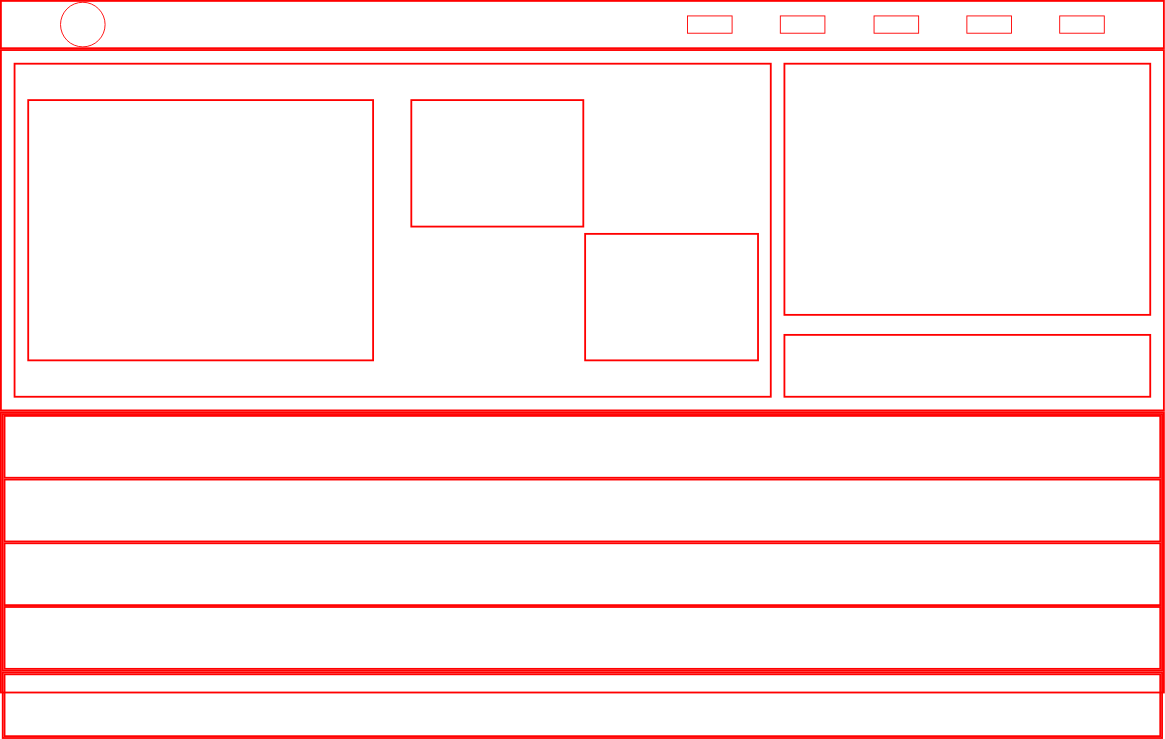
Repository: archangel88/elbrus_homework
Page: phase-0/week-3/day-4/flexbox/index.html
An editor plug-in stored every save of this project. The page is shown before and after the next save, followed by the edit.
The browser window is 1280 px wide. The pictures show the whole page, at 91% of full size.

Above is the page before, as saved 2025-10-10 00:34:59.

After the next save:
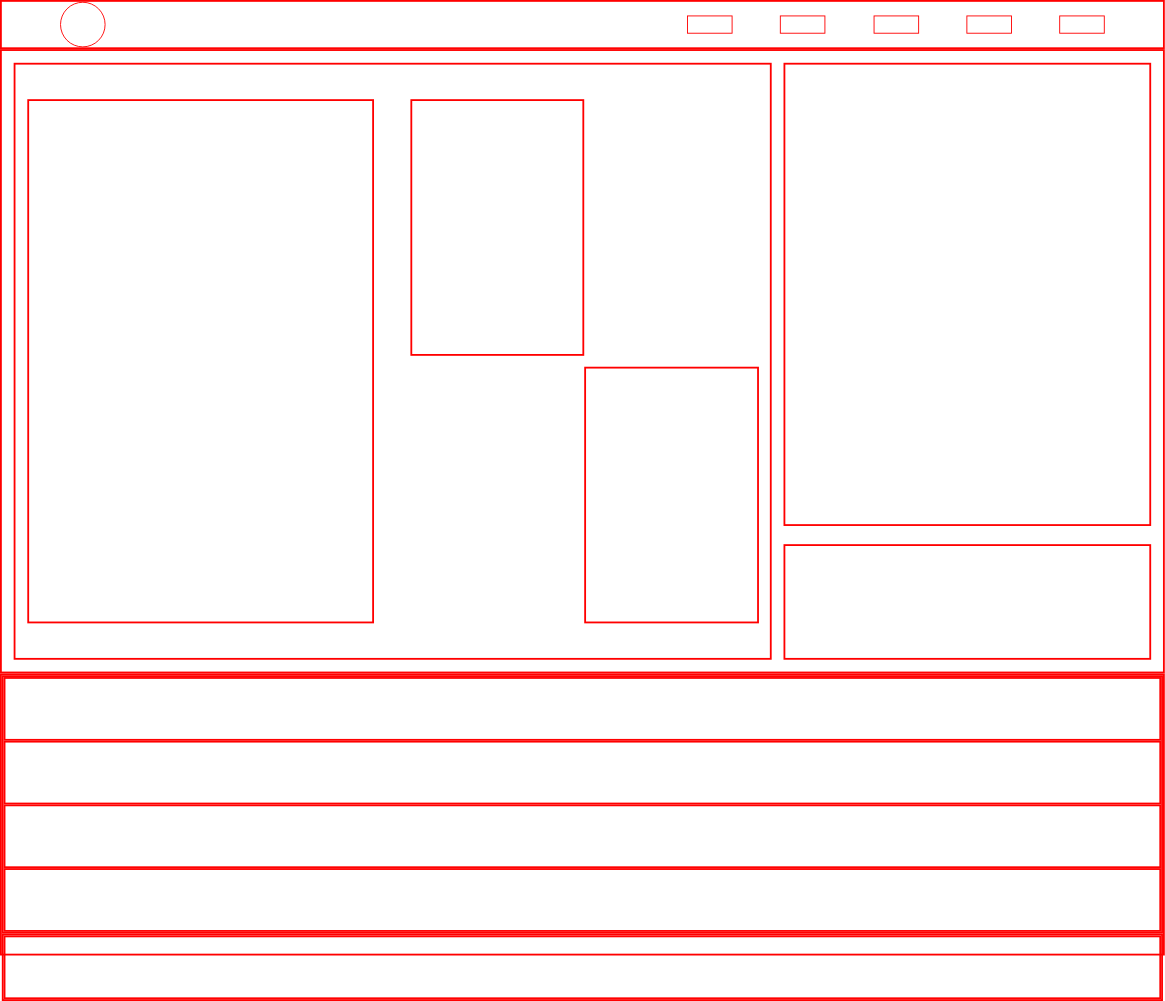
Saved 23 s later.
--- a/phase-0/week-3/day-4/flexbox/css/styles.css
+++ b/phase-0/week-3/day-4/flexbox/css/styles.css
@@ -76,7 +76,7 @@ header {
 }
 
 .content .left .block1{
-    height: 40vh;
+    height: 80vh;
     display: flex;
     width: 66.6%;
     margin-right: 5%;
